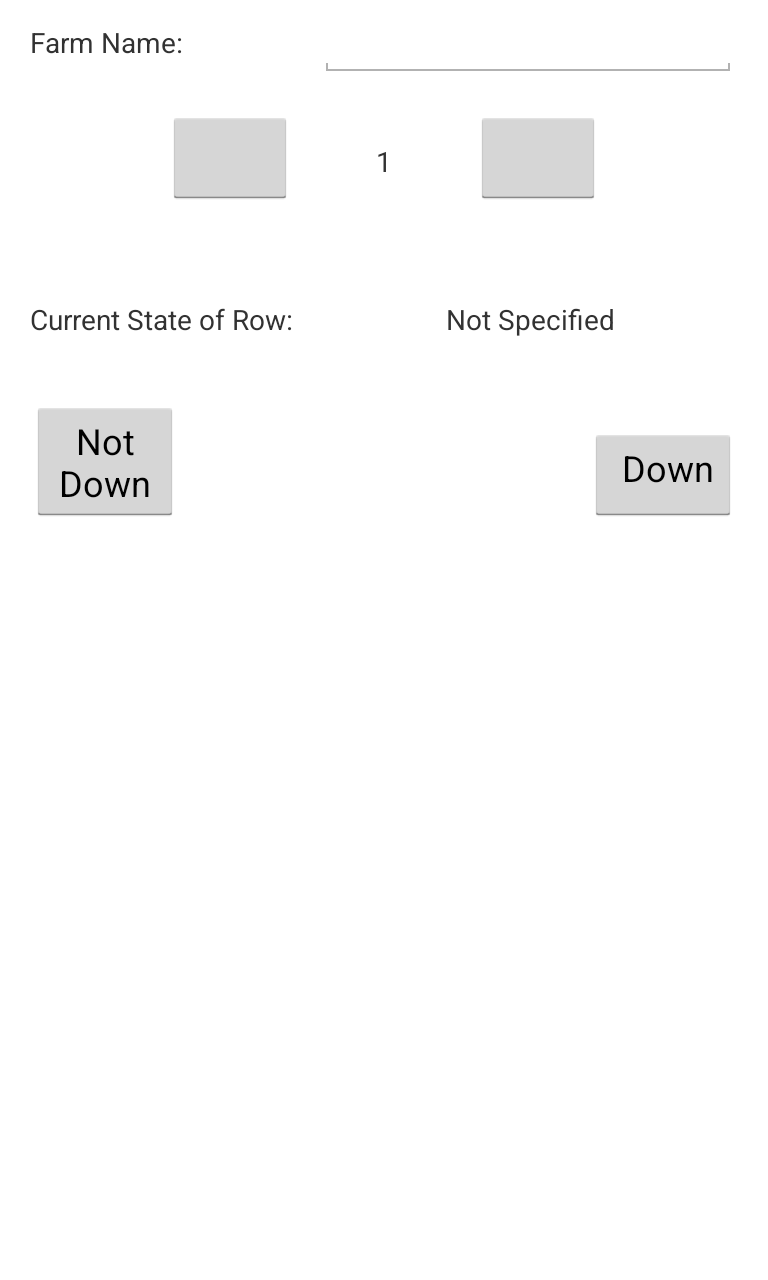
Repository: cokembel/FarmHand
Layout: FarmHand/res/layout/activity_main.xml
The author's editor kept a copy of each file at every save. The layout is drawn from the files as they stood at one save, then again after the next save.
It is drawn on a 768 x 1280 px phone screen (xhdpi) without system bars, with theme AppTheme; the app's code is not run.

Above is the layout before, as saved 2012-12-05 10:09:47.

After the next save:
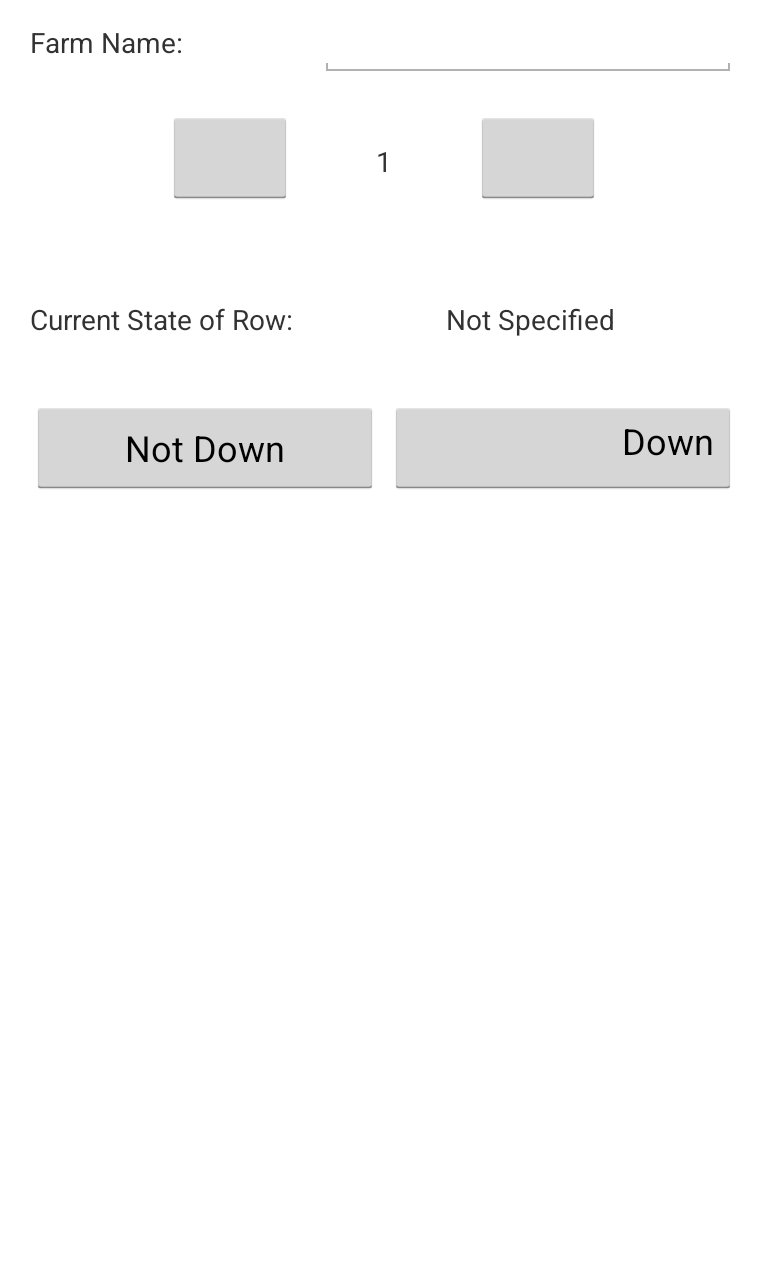
Saved 10 s later.
--- a/FarmHand/res/layout/activity_main.xml
+++ b/FarmHand/res/layout/activity_main.xml
@@ -74,7 +74,7 @@
 
             <Button
                 android:id="@+id/not_down_button"
-                android:layout_width="75dp"
+                android:layout_width="175dp"
                 android:layout_height="wrap_content"
                 android:layout_alignLeft="@+id/status_label"
                 android:layout_marginTop="200dp"
@@ -82,7 +82,7 @@
 
             <Button
                 android:id="@+id/down_button"
-                android:layout_width="75dp"
+                android:layout_width="175dp"
                 android:layout_height="wrap_content"
                 android:layout_alignBottom="@id/not_down_button"
                 android:layout_alignRight="@+id/farm_name"
